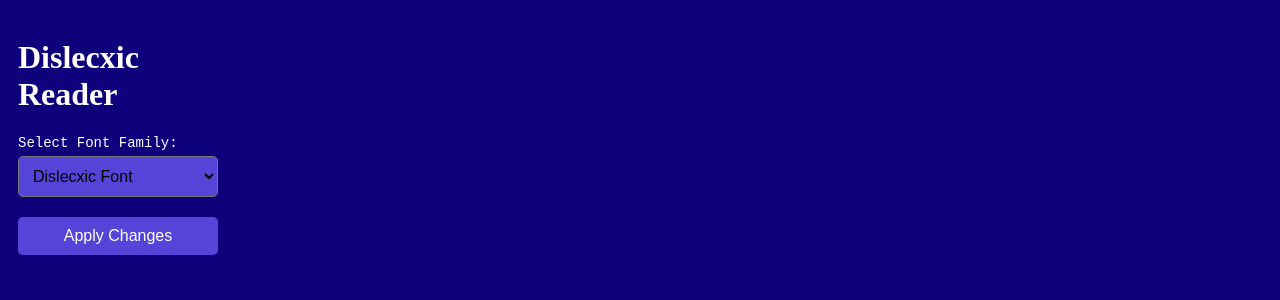
Repository: adatechschool/extension-navigateur-extension_walid_eliana_imelda
Page: Extention 3/popup.html
The author's editor kept a copy of each file at every save. The page is drawn from the files as they stood at one save, then again after the next save.
The browser window is 1280 px wide. The pictures show the whole page.

Above is the page before, as saved 2024-01-12 16:04:08.

### Extention 3/popup.html
<!-- popup.html -->
<!DOCTYPE html>
<html>
<head>
  <link rel="stylesheet" type="text/css" href="popup.css">
  <script type="module" src="popup.js"></script>

  <link rel="preconnect" href="https://fonts.googleapis.com">
<link rel="preconnect" href="https://fonts.gstatic.com" crossorigin>
<link href="https://fonts.googleapis.com/css2?family=Montserrat:wght@400;700&display=swap" rel="stylesheet">

</head>
<body>
    <h1> Dislecxic Reader </h1>
  <label for="font-family">Select Font Family:</label>

  <select id="font-family">

    <option value="Montserrat">Dislecxic Font</option>

    <option value="Arial"> Lettres en Gras</option>

    <option value="Courier New"> Le deux</option>
    <!-- Add more font options as needed -->
  </select>

  <button id="apply-button">Apply Changes</button>
</body>
</html>

### Extention 3/popup.css
body {
    width: 200px;
    padding: 10px;
    background-color: #0f007c;
    border-radius: 5px;

  }

  label {
    font-family: monospace;
    display: block;
    margin-bottom: 5px;
    font-size: 14px;
   color : white;
  }

  select, button {
    width: 100%;
    margin-bottom: 20px;
    padding: 10px;
    font-size: 16px;
    background-color:#5544d7;
    border-radius: 5px;
  }

  button {
    background-color: #5544d7;
    color: white;
    border: 5px;
    cursor: pointer;
  }

  button:hover {
    background-color: #357ae8;
  }
  h1 {
    color:white;
  }

### Extention 3/popup.js
document.addEventListener('DOMContentLoaded', function() {
    var applyButton = document.getElementById('apply-button');
    var fontFamilySelect = document.getElementById('font-family');

    applyButton.addEventListener('click', function() {
      var selectedFontFamily = fontFamilySelect.value;
      chrome.tabs.query({ active: true, currentWindow: true }, function(tabs) {
        chrome.tabs.sendMessage(tabs[0].id, { action: 'applyChanges', selectedFontFamily: selectedFontFamily });
      });
    });
  });

After the next save:
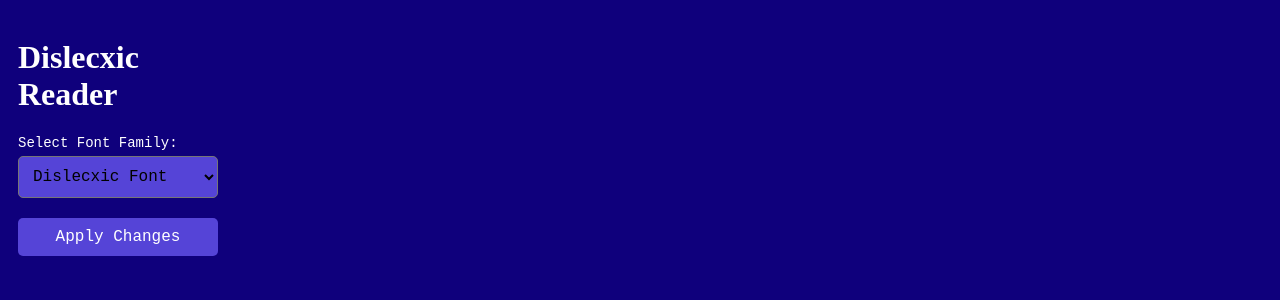
Saved 34 s later.
--- a/Extention 3/popup.css
+++ b/Extention 3/popup.css
@@ -21,6 +21,7 @@ body {
     font-size: 16px;
     background-color:#5544d7;
     border-radius: 5px;
+    font-family: monospace;
   }
 
   button {
